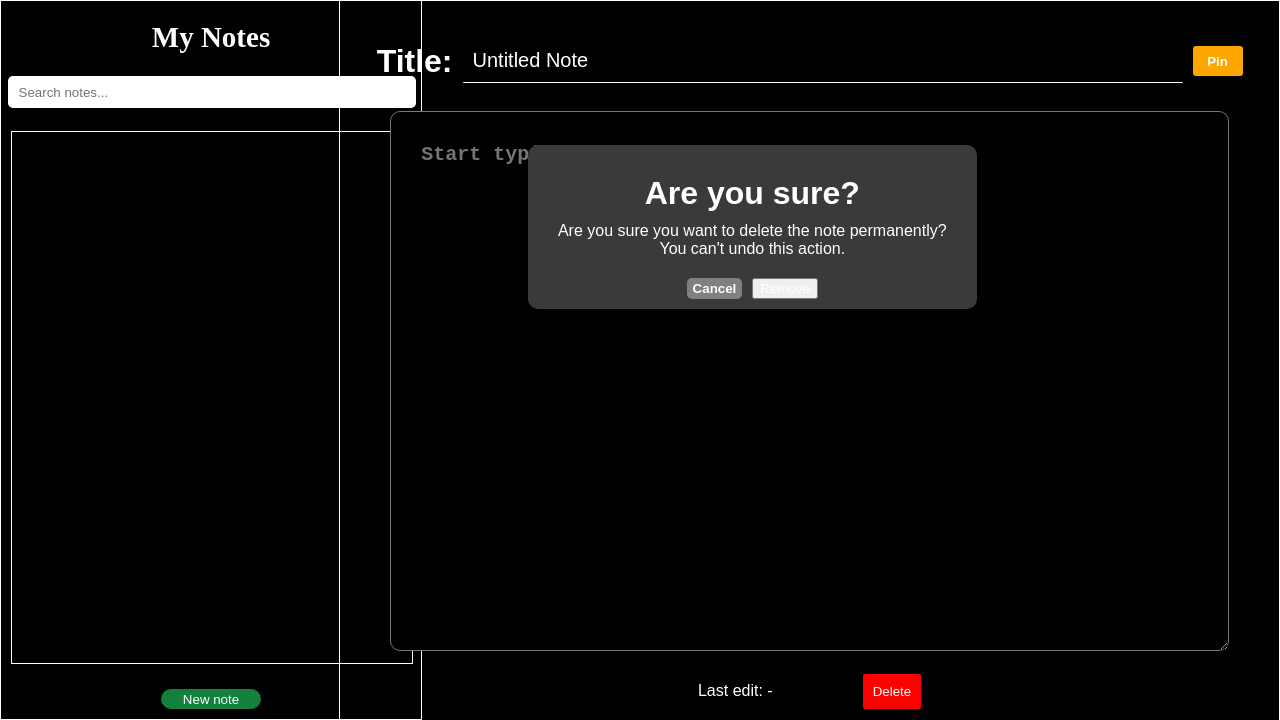
Repository: dmpelaez/myNotes
Page: QuickNotes.html
These files come from the project's save history. The page is drawn as it stood at one moment and after the next save; the edit follows.
The browser window is 1280 px wide. The pictures show the whole page.

Above is the page before, as saved 2025-12-18 22:05:20.

After the next save:
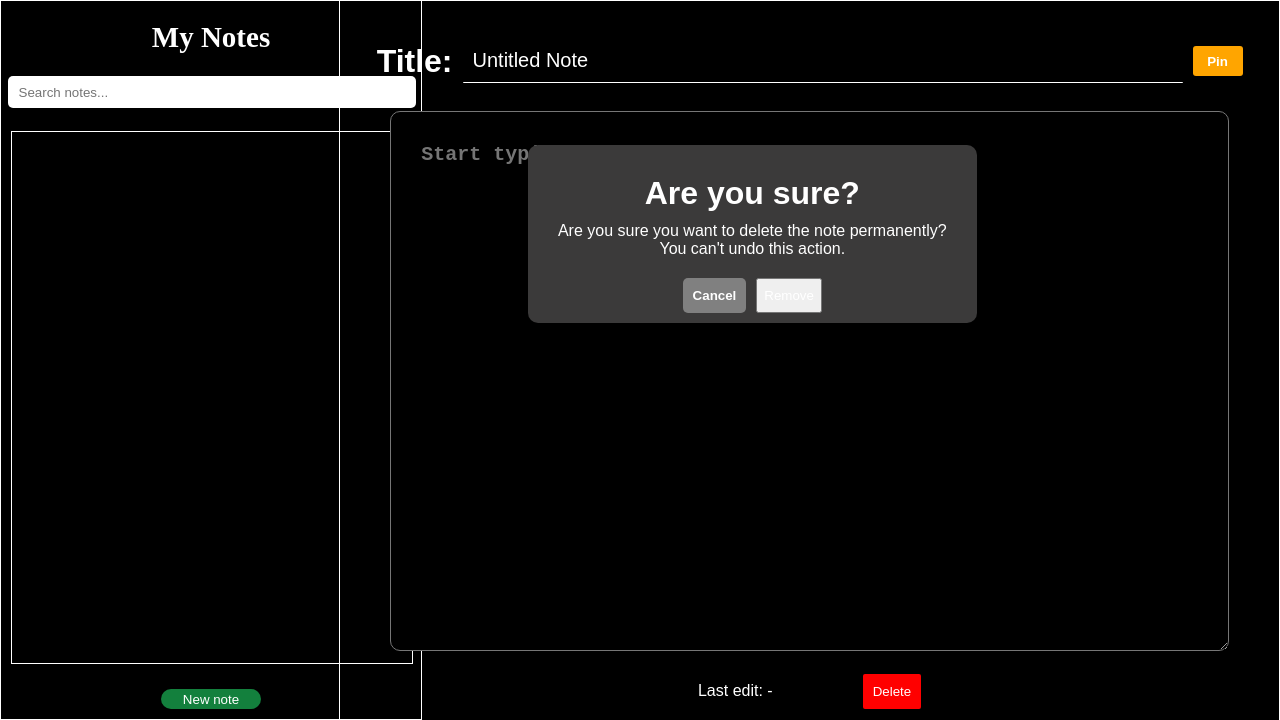
Saved 7 s later.
--- a/QuickNotes.css
+++ b/QuickNotes.css
@@ -203,4 +203,5 @@ h1 {
   border: none;
   border-radius: 5px;
   font-weight: bold;
-}
+  padding: 10px;
+}
